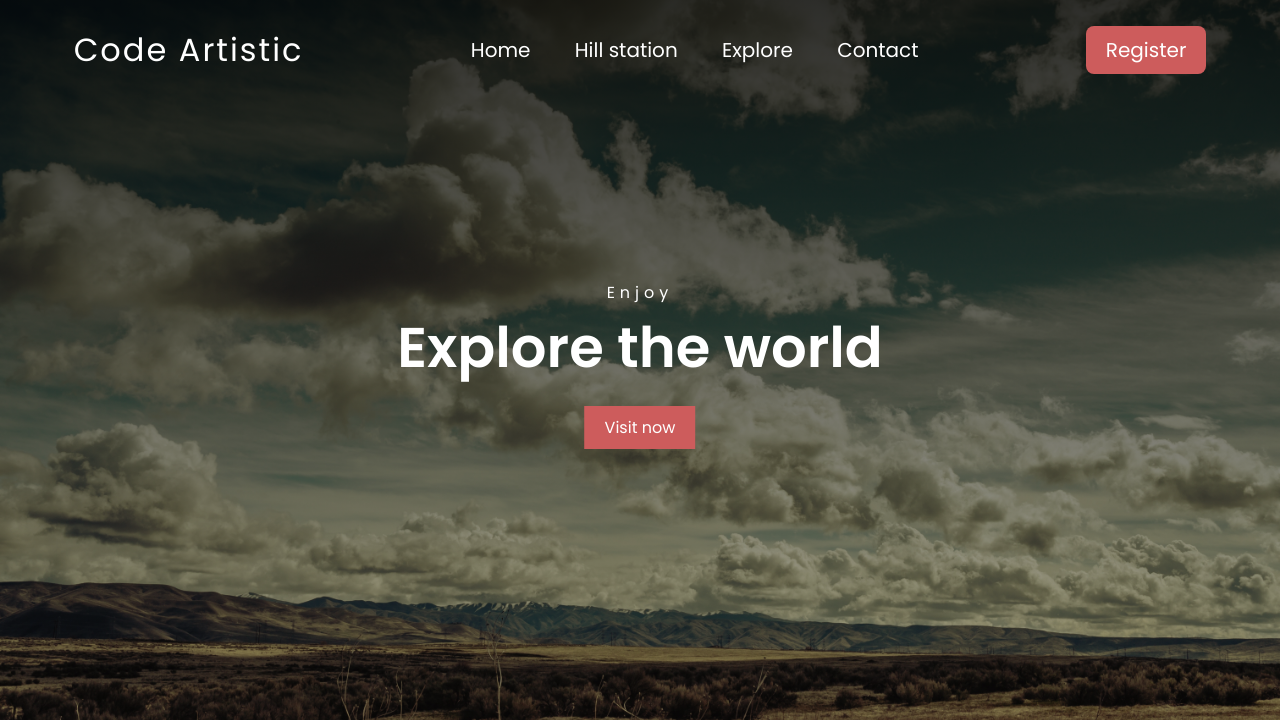
Repository: Ruxmary7/energy
Page: starter/index.html
An editor plug-in stored every save of this project. The page is shown before and after a run of saves, followed by the edit.
The browser window is 1280 px wide. The pictures show the whole page.

Above is the page before, as saved 2025-01-10 22:15:34.

After the next 2 saves:
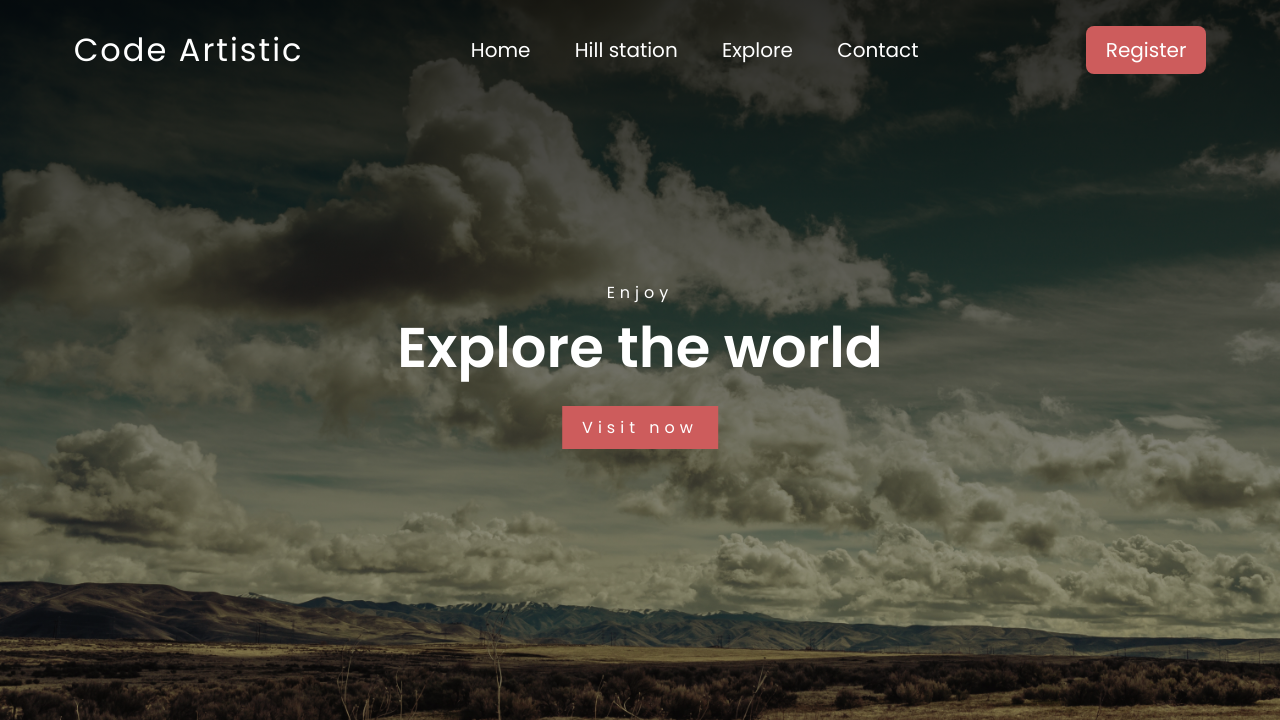
The 2 saves are shown as one change because they came seconds apart.
The last was saved 12 s later.
--- a/starter/style.css
+++ b/starter/style.css
@@ -59,5 +59,6 @@ letter-spacing: 2px;
     background: indianred;
     padding: 10px 20px;
     color: #fff;
+    letter-spacing: 5px;
  }
 }
